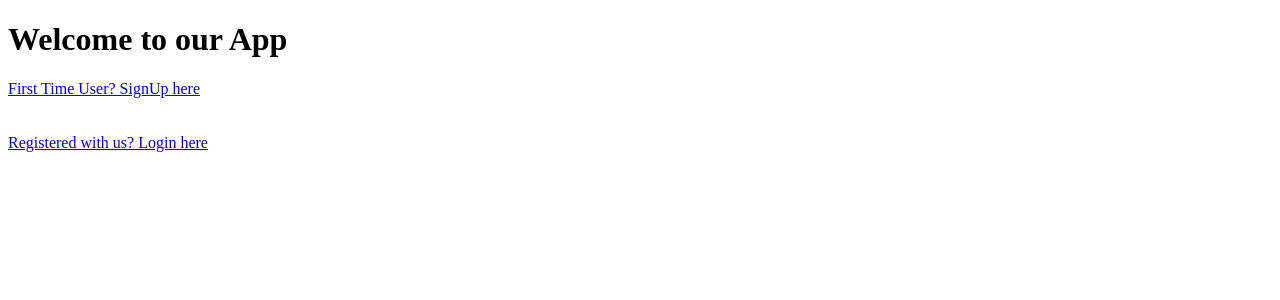
Repository: sultanaNargis03/IndustryReadyJavaSpringBoot
Page: Servlet/workspace/Learningportal/src/main/webapp/index.html
An editor plug-in stored every save of this project. The page is shown before and after the next save, followed by the edit.
The browser window is 1280 px wide. The pictures show the whole page.

Above is the page before, as saved 2023-12-07 13:21:35.

After the next save:
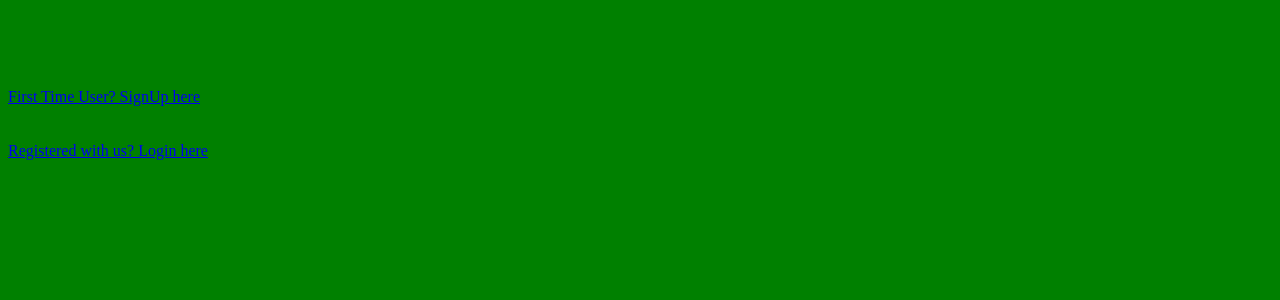
Saved 85 min 53 s later.
--- a/Servlet/workspace/Learningportal/src/main/webapp/index.html
+++ b/Servlet/workspace/Learningportal/src/main/webapp/index.html
@@ -4,8 +4,8 @@
 <meta charset="ISO-8859-1">
 <title>Landing page</title>
 </head>
-<body>
-<h1>Welcome to our App</h1>
+<body bgcolor="green">
+<h1><marquee>Welcome to our App</marquee></h1>
 <a href='register.html'>First Time User? SignUp here</a><br/><br/><br/>
 <a href='login.html'>Registered with us? Login here</ahref='register.html'>
 </body>
